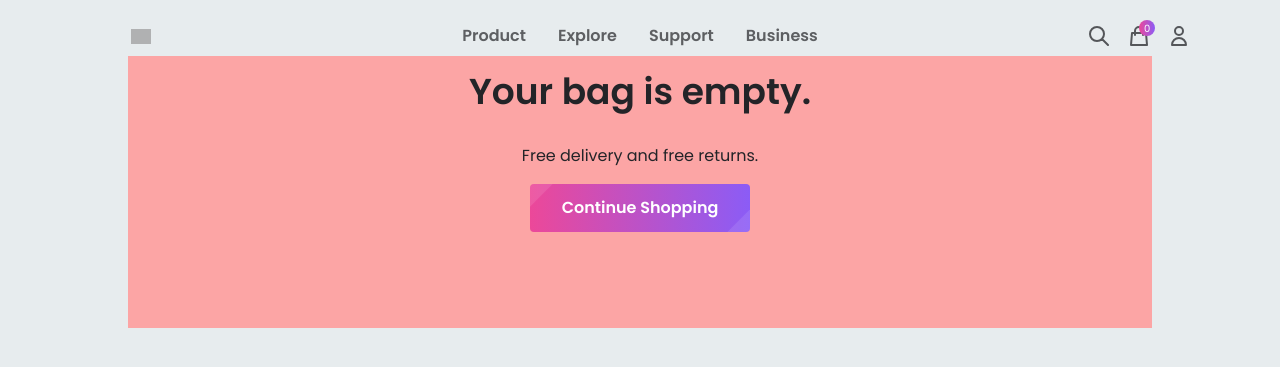
Repository: aliamini1422/semiAppleSite
Page: /checkout
The author's editor kept a copy of each file at every save. The page is drawn from the files as they stood at one save, then again after the next save.
The browser window is 1280 px wide. The pictures show the whole page.
Pictures or frames that could not be fetched are drawn as grey boxes. The page's requests for data from a server got no answer. The project was rebuilt for these pictures with package versions that can differ from the ones it lists, and the page was loaded fresh each time. The framework's server and built-in components were replaced by stand-ins that run in the browser. No one was signed in, and anything a server would have sent is missing. Also part of the build but not shown: next.config.js, sanity.js, components/CheckoutProduct.tsx.

Above is the page before, as saved 2022-09-05 02:34:19.

### pages/_app.tsx
import '../styles/globals.css'
import type { AppProps } from 'next/app'
import { Provider} from "react-redux";
import { store } from "../redux/store";
import { Toaster } from "react-hot-toast";

function MyApp({ Component, pageProps }: AppProps) {
  return (
    <Provider store={store}>
      <Toaster />
      <Component {...pageProps} />
    </Provider>
  )
}

export default MyApp

### pages/checkout.tsx
import React from 'react'
import Header from '../components/Header'
import { useSelector } from 'react-redux';
import { selectBasketItems } from '../redux/basketSlice';
import { useRouter } from 'next/router';
import Button from '../components/Button';
import { useState, useEffect } from 'react';
import CheckoutProduct from '../components/CheckoutProduct';

function checkout() {
    const items = useSelector(selectBasketItems);
    const router = useRouter();
    const [groupedItemsInBasket, setGroupedItemsInBasket] = useState({} as {[key: string]: Product []});


    useEffect(()=>{
        const groupedItems = items.reduce((results, item)=>{
            (results[item._id] = results[item._id] || []).push(item);
            return results;
        },{} as {[key: string]: Product []})
        setGroupedItemsInBasket(groupedItems);
    },[items]);



  return (
    <div className=' min-h-screen overflow-hidden bg-[#E7ECEE] '>
        <Header />
        <main className='mx-auto bg-red-300 max-w-5xl pb-24 flex flex-col items-center '>
            <div className='px-5 '>
                <h1 className='my-4 text-3xl font-semibold lg:text-4xl'>{items.length > 0 ? "Review your bag" : "Your bag is empty."}</h1>
            </div>
            <p className='my-4'>Free delivery and free returns.</p>
            {items.length === 0 && (<Button title='Continue Shopping' onClick={()=>router.push("/")} />)}
            <div>
                {items.length > 0 && (
                    <div className='mx-5 md:mx-8'>
                        {Object.entries(groupedItemsInBasket).map(([key, items]) =>(
                            <CheckoutProduct key={key} items={items} id={key} />
                        ))}
                    </div>
                )}
            </div>
        </main>
    </div>
  )
}

export default checkout

### styles/globals.css
@import url('https://fonts.googleapis.com/css2?family=Poppins:ital,wght@0,100;0,200;0,300;0,400;0,500;0,600;0,700;0,800;0,900;1,100;1,200;1,400;1,500;1,600;1,700;1,800;1,900&display=swap');
@tailwind base;
@tailwind components;
@tailwind utilities;

@layer base{
    body{
        @apply font-body text-[#232428]
    }
}
@layer components{
    .headerLink{
        @apply cursor-pointer  font-semibold opacity-70 transition hover:opacity-100
    }
    .headerIcon{
        @apply w-6 h-6 cursor-pointer opacity-75 transition hover:opacity-100
    }
    .link{
        @apply relative cursor-pointer text-lg font-medium before:absolute before:inset-x-0 before:rounded-bl before:origin-left before:-bottom-1.5
         before:h-0.5 before:bg-black before:transform before:scale-x-0 before:transition-all before:duration-200
         hover:before:scale-x-100
    }

    .borderGradient{
        @apply text-center pb-1 bg-gradient-to-r from-[#ec4899] to-[#8b5cf6] bg-left-bottom bg-no-repeat bg-[length:100%_2px]
    }
    .tabPanel{
        @apply grid grid-cols-1 gap-8 sm:grid-cols-2 md:grid-cols-1 lg:grid-cols-2 xl:grid-cols-3
    }
}

### redux/store.ts
import { configureStore } from '@reduxjs/toolkit'
import basketReducer from './basketSlice';

export const store = configureStore({
  reducer: {
    basket: basketReducer,
  },
})

// Infer the `RootState` and `AppDispatch` types from the store itself
export type RootState = ReturnType<typeof store.getState>
// Inferred type: {posts: PostsState, comments: CommentsState, users: UsersState}
export type AppDispatch = typeof store.dispatch

### components/Header.tsx
import Image from 'next/image'
import Link from 'next/link'
import React from 'react'
import { useSelector } from 'react-redux';
import {SearchIcon, ShoppingBagIcon, UserIcon} from '@heroicons/react/outline';
import { selectBasketItems } from '../redux/basketSlice';
import { useRouter } from 'next/router';
function Header() {
  const router = useRouter();
  const items = useSelector(selectBasketItems);
  const session = false;
  return (
    <header className='sticky top-0 w-full z-30 flex items-center justify-between bg-[#E7ECEE] pt-4 px-4'>
      <div className='flex items-center justify-center md:w-1/5'>
        <Link href= "/">
          <div className='relative w-5 h-10 cursor-pointer opacity-75  transition hover:opacity-100'>
            <Image src="https://upload.wikimedia.org/wikipedia/commons/thumb/f/fa/Apple_logo_black.svg/1667px-Apple_logo_black.svg.png" layout='fill' objectFit='contain'/>
          </div>
        </Link>
      </div>
      <div className='hidden flex-1 items-center justify-center space-x-8 md:flex'>
        <a className='headerLink' href="/">Product</a>
        <a className='headerLink' href="/">Explore</a>
        <a className='headerLink' href="/">Support</a>
        <a className='headerLink' href="/">Business</a>
      </div>
      <div className='flex gap-x-4 items-center justify-center md:w-1/5'>
        <SearchIcon className='headerIcon'/>
        <div className='relative cursor-pointer'>
          <span className='absolute -right-1 -top-1 z-30 flex items-center w-4 h-4 justify-center bg-gradient-to-r from-pink-500 to-violet-500
          rounded-full text-[10px] text-white'>{items.length}</span>
          <ShoppingBagIcon className='headerIcon' onClick={()=>{router.push("/checkout")}}/>
        </div>
        {session ? (<Image src="" className='cursor-pointer rounded-full'/>): (<UserIcon className='headerIcon'/>)}
      </div>
    </header>
  )
}

export default Header

### redux/basketSlice.ts
import { createSlice } from '@reduxjs/toolkit'
import type { PayloadAction } from '@reduxjs/toolkit'
import type { RootState } from './store'
import { stat } from 'fs'

// Define a type for the slice state
interface BasketState {
  items:Product[]
}

// Define the initial state using that type
const initialState: BasketState = {
  items:[],
}

export const basketSlice = createSlice({
  name: 'basket',
  // `createSlice` will infer the state type from the `initialState` argument
  initialState,
  reducers: {
    addToBasket: (state: BasketState, action:PayloadAction<Product>) => {
      state.items = [...state.items, action.payload];
    },
    removeFromBasket: (
      state: BasketState,
      action: PayloadAction<{ id: string }>
    ) => {
      const index = state.items.findIndex(
        (item: Product) => item._id === action.payload.id
      );

      let newBasket = [...state.items];

      if (index >= 0) {
        newBasket.splice(index, 1);
      } else {
        console.log(
          `Cant remove product (id: ${action.payload.id}) as its not in basket!`
        );
      }

      state.items = newBasket;
    },
    // Use the PayloadAction type to declare the contents of `action.payload`

  },
})

export const { addToBasket, removeFromBasket } = basketSlice.actions

// Other code such as selectors can use the imported `RootState` type
export const selectBasketItems = (state: RootState) => state.basket.items;
export const selectBasketItemsWithId = (state: RootState, id:string) => {
    state.basket.items.filter((item:Product)=> item._id === id);
 };
export const selectBasketTotal = (state: RootState)=>{
    state.basket.items.reduce((total:number, item:Product)=>(total += item.price),0);
}

export default basketSlice.reducer

### components/Button.tsx
import React from 'react'

interface Props{
    title:string;
    onClick?: ()=> void;
    width?:string;
    loading?:boolean;
    padding?:string;
    noIcon?:boolean;
}


function Button({ title, onClick, width, loading, padding, noIcon }: Props) {
    return (
      <button
        className={`ease group relative z-30 box-border inline-flex ${
          width ? width : "w-auto"
        } ${padding} cursor-pointer items-center justify-center overflow-hidden rounded bg-indigo-600 bg-gradient-to-r from-pink-500 to-violet-500 px-8 py-3 font-bold text-white transition-all duration-300 focus:outline-none`}
        onClick={onClick}
      >
        <span className="absolute bottom-0 right-0 -mb-8 -mr-5 h-20 w-8 translate-x-1 rotate-45 transform bg-white opacity-10 transition-all duration-300 ease-out group-hover:translate-x-0"></span>
        <span className="absolute top-0 left-0 -mt-1 -ml-12 h-8 w-20 -translate-x-1 -rotate-45 transform bg-white opacity-10 transition-all duration-300 ease-out group-hover:translate-x-0"></span>

        <span className="relative z-20 flex items-center font-semibold">
          {noIcon && (
            <svg
              className="relative mr-2 h-5 w-5 flex-shrink-0 text-white"
              fill="none"
              stroke="currentColor"
              viewBox="0 0 24 24"
              xmlns="http://www.w3.org/2000/svg"
            >
              <path
                strokeLinecap="round"
                strokeLinejoin="round"
                strokeWidth="2"
                d="M13 10V3L4 14h7v7l9-11h-7z"
              ></path>
            </svg>
          )}
          {loading ? "Loading..." : title}
        </span>
      </button>
    );
  }

  export default Button;

### tailwind.config.js
/** @type {import('tailwindcss').Config} */
module.exports = {
  content: [
    './pages/**/*.{js,ts,jsx,tsx}',
    './components/**/*.{js,ts,jsx,tsx}',
  ],
  theme: {
    extend: {
      fontFamily :{
        body: ["Poppins", "Sans-serif"],
      }
    },
  },
  plugins: [],
}

After the next save:
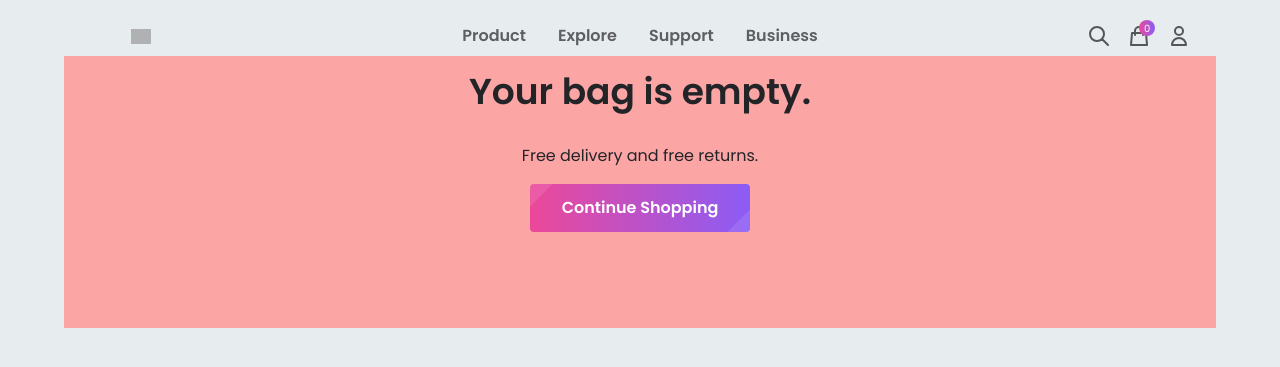
Saved 20 s later.
--- a/pages/checkout.tsx
+++ b/pages/checkout.tsx
@@ -26,7 +26,7 @@ function checkout() {
   return (
     <div className=' min-h-screen overflow-hidden bg-[#E7ECEE] '>
         <Header />
-        <main className='mx-auto bg-red-300 max-w-5xl pb-24 flex flex-col items-center '>
+        <main className='mx-auto bg-red-300 max-w-6xl pb-24 flex flex-col items-center '>
             <div className='px-5 '>
                 <h1 className='my-4 text-3xl font-semibold lg:text-4xl'>{items.length > 0 ? "Review your bag" : "Your bag is empty."}</h1>
             </div>
